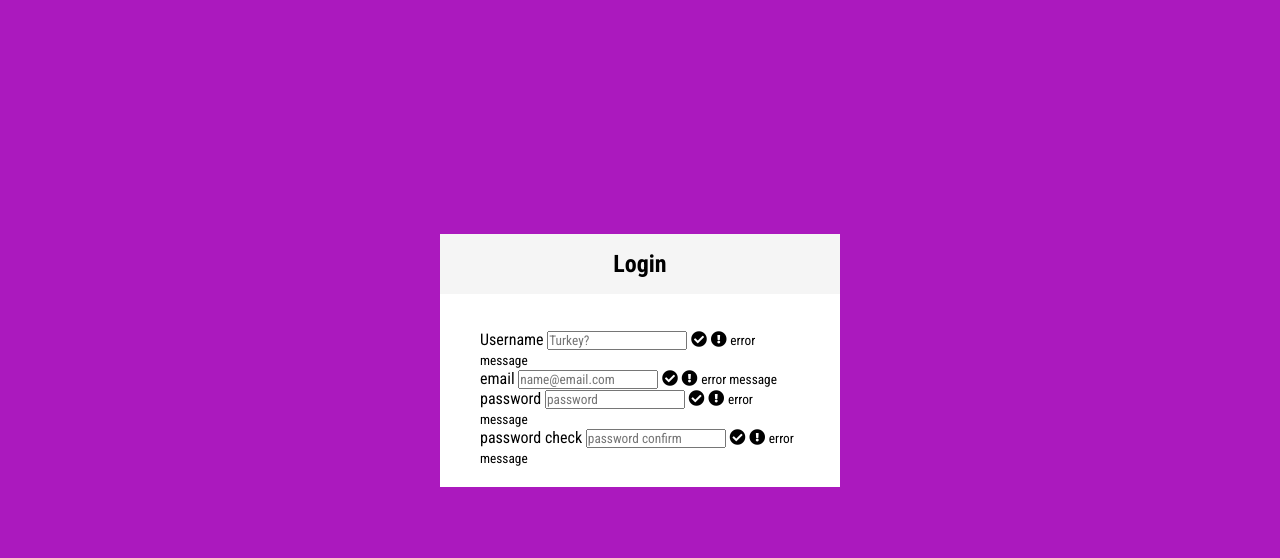
Repository: Abdoulrhman-altyeb/form-_validation-
Page: index.html
These files come from the project's save history. The page is drawn as it stood at one moment and after the next save; the edit follows.
The browser window is 1280 px wide. The pictures show the whole page.

Above is the page before, as saved 2021-05-23 20:46:23.

### index.html
<!DOCTYPE html>
<html lang="en">
<head>
    <meta charset="UTF-8">
    <meta http-equiv="X-UA-Compatible" content="IE=edge">
    <meta name="viewport" content="width=device-width, initial-scale=1.0">
    <link rel="stylesheet" href="style.css">
    <link rel="stylesheet" href="https://cdnjs.cloudflare.com/ajax/libs/font-awesome/5.15.3/css/all.min.css"
        integrity="sha512-iBBXm8fW90+nuLcSKlbmrPcLa0OT92xO1BIsZ+ywDWZCvqsWgccV3gFoRBv0z+8dLJgyAHIhR35VZc2oM/gI1w=="
        crossorigin="anonymous" referrerpolicy="no-referrer" />
    <script src="script.js" defer></script>
    <title>form validation</title>
</head>
<body>
    <div class="container">
        <div class="header">
            <h2>Login</h2>
        </div>
        <form class="form">
            <div class="form-control">
                <label for="username">Username</label>
                <input type="text" placeholder="Turkey?" id="username">
                <i class="fa fa-check-circle"></i>
                <i class="fa fa-exclamation-circle"></i>
                <small>error message</small>
            </div>
            <div class="form-control">
                <label for="email">email</label>
                <input type="email" placeholder="name@email.com" id="email">
                <i class="fa fa-check-circle"></i>
                <i class="fa fa-exclamation-circle"></i>
                <small>error message</small>
            </div>
            <div class="form-control">
                <label for="password">password</label>
                <input type="password" placeholder="password" id="password">
                <i class="fa fa-check-circle"></i>
                <i class="fa fa-exclamation-circle"></i>
                <small>error message</small>
            </div>
            <div class="form-control">
                <label for="password2">password check</label>
                <input type="password" placeholder="password confirm" id="password2">
                <i class="fa fa-check-circle"></i>
                <i class="fa fa-exclamation-circle"></i>
                <small>error message</small>
            </div>
        </form>
    </div>
</body>
</html>

### style.css
@import url('https://fonts.googleapis.com/css2?family=Roboto+Condensed:wght@400;700&display=swap');
*{
    padding:0;
    margin:0;
    box-sizing:border-box;
    font-family: 'Roboto Condensed', sans-serif;
}
body{
    display: flex;
    justify-content: center;
    align-items: center;
    min-height:100vh;
    background:rgb(171, 25, 190);
}
.container{
    background:white;
    width:400px;
    display: flex;
    flex-direction: column;
}
.header{
    text-align: center;
    padding:10px 40px;
    padding:1rem;
    background:whitesmoke;
    margin-bottom:1rem;
}
.form{
    padding:20px 40px;
}

Loaded but not shown: script.js (no copy from this time; the picture is the same without it)

After the next save:
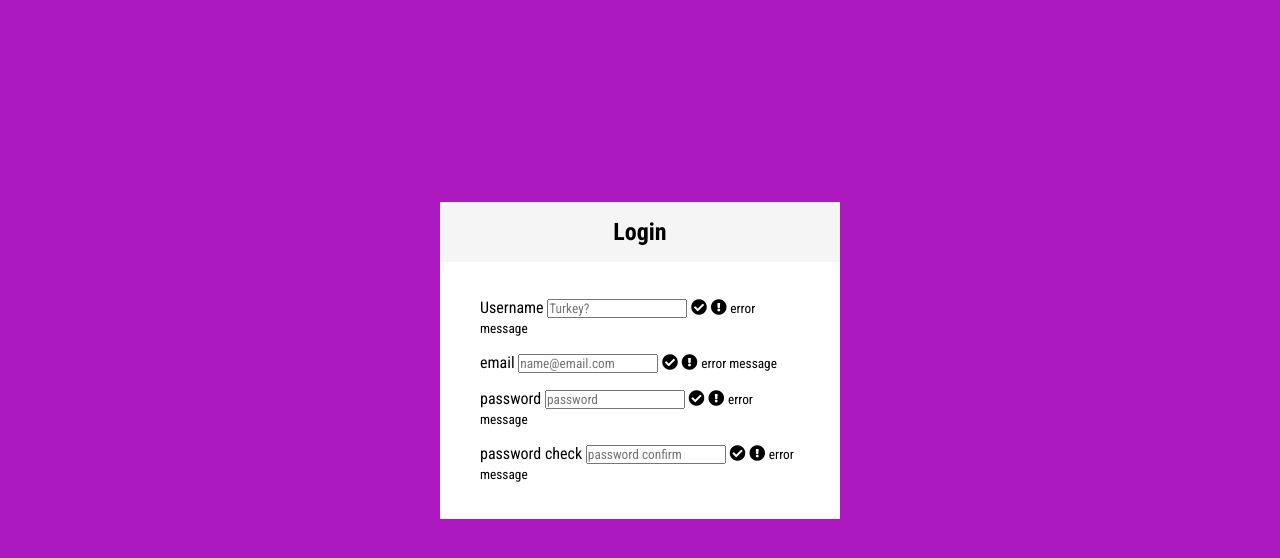
Saved 16 s later.
--- a/style.css
+++ b/style.css
@@ -28,3 +28,6 @@ body{
 .form{
     padding:20px 40px;
 }
+.form-control{
+    margin-bottom:1rem;
+}
